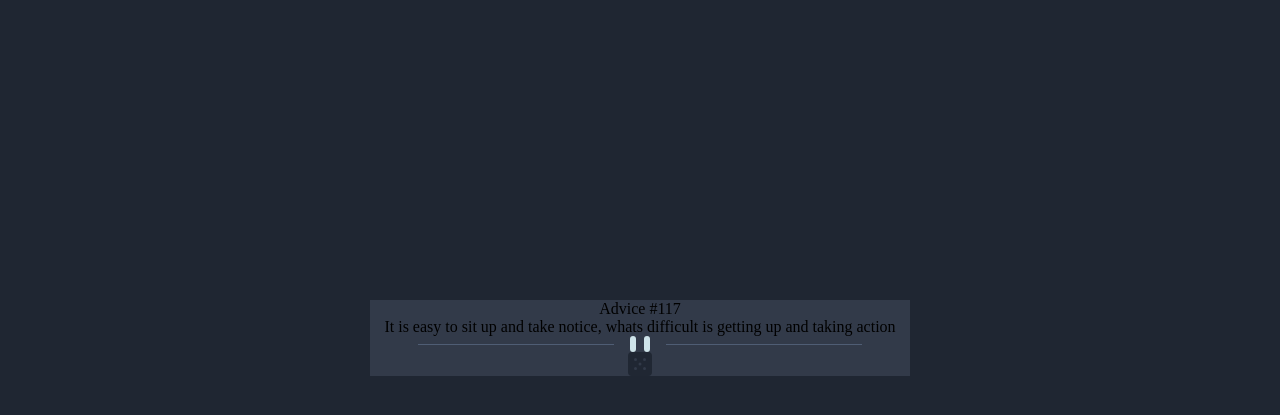
Repository: Arkitecth/advice-generator
Page: index.html
These files come from the project's save history. The page is drawn as it stood at one moment and after the next save; the edit follows.
The browser window is 1280 px wide. The pictures show the whole page.

Above is the page before, as saved 2023-07-12 17:22:00.

After the next save:
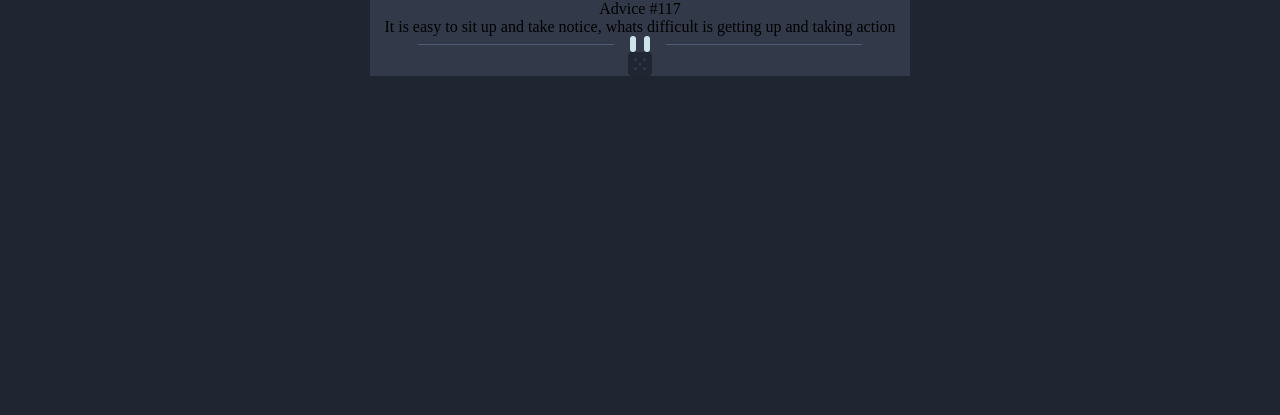
Saved 20 s later.
--- a/style.css
+++ b/style.css
@@ -19,7 +19,6 @@
 
 .container {
     margin: 0 auto;
-    margin-top: 300px;
     background-color: var(--dark-grayish-blue);
     max-width: 540px;
     display: flex;
